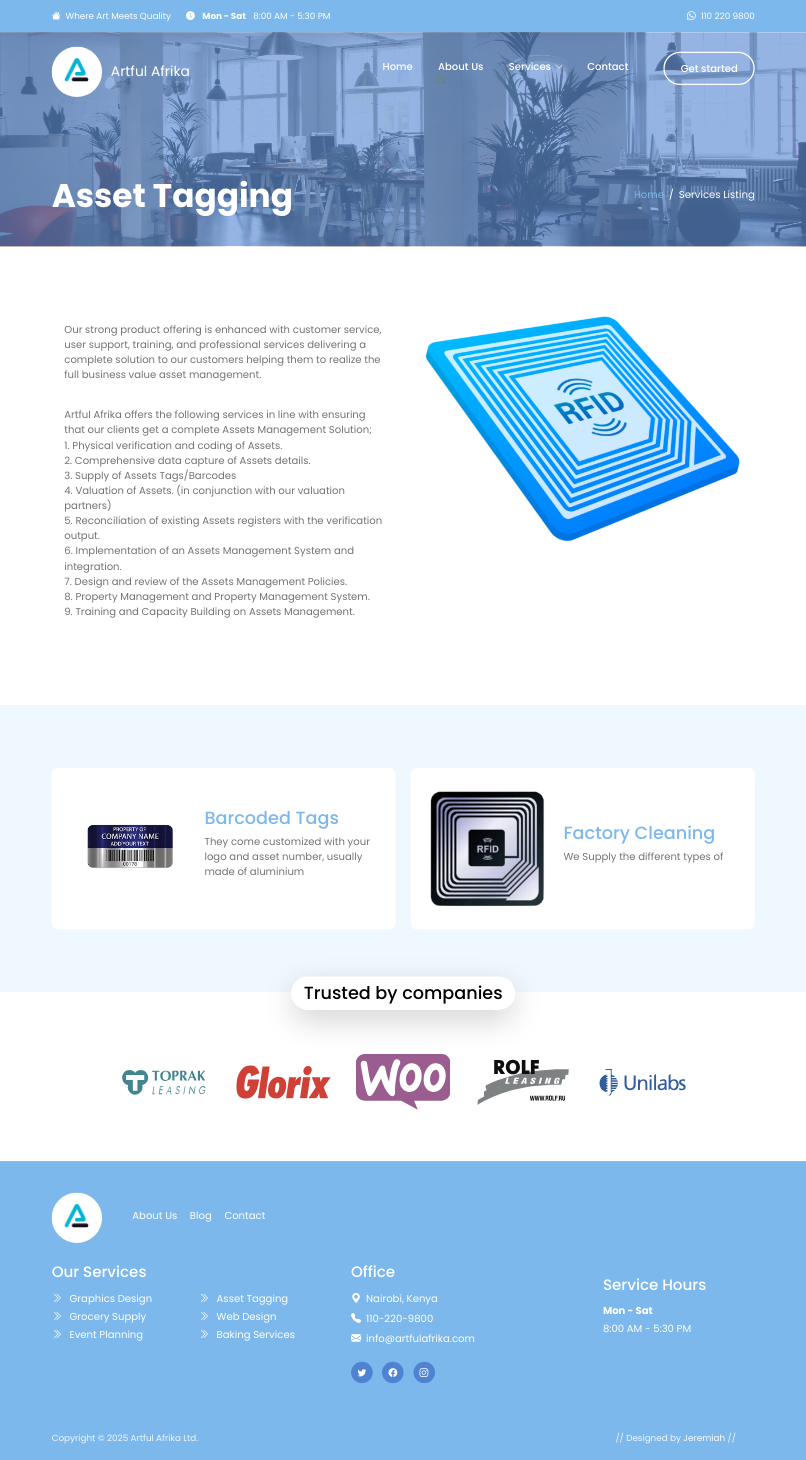
Repository: Jeremiahpdl-dev/Artfulafrika
Page: Asset-Tagging.html
An editor plug-in stored every save of this project. The page is shown before and after the next save, followed by the edit.
The browser window is 1280 px wide. The pictures show the whole page, at 63% of full size.

Above is the page before, as saved 2025-10-01 23:46:09.

After the next save:
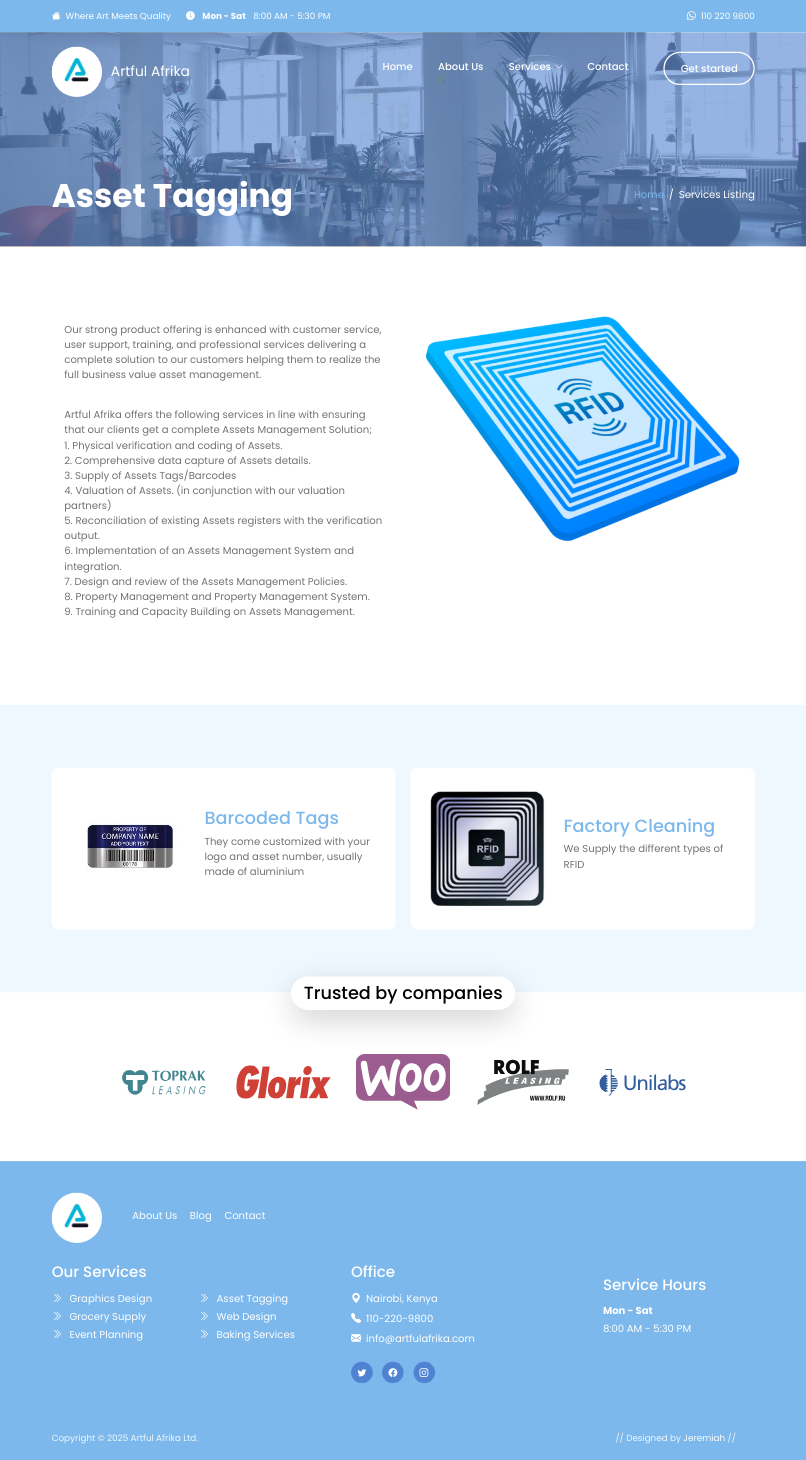
Saved 4 s later.
--- a/Asset-Tagging.html
+++ b/Asset-Tagging.html
@@ -219,7 +219,7 @@
                                                 <a class="services-title-link" href="services-detail.html">Factory Cleaning</a>
                                             </h4>
 
-                                            <p>We Supply the different types of </p>
+                                            <p>We Supply the different types of RFID </p>
 
                                         </div>
                                     </div>
